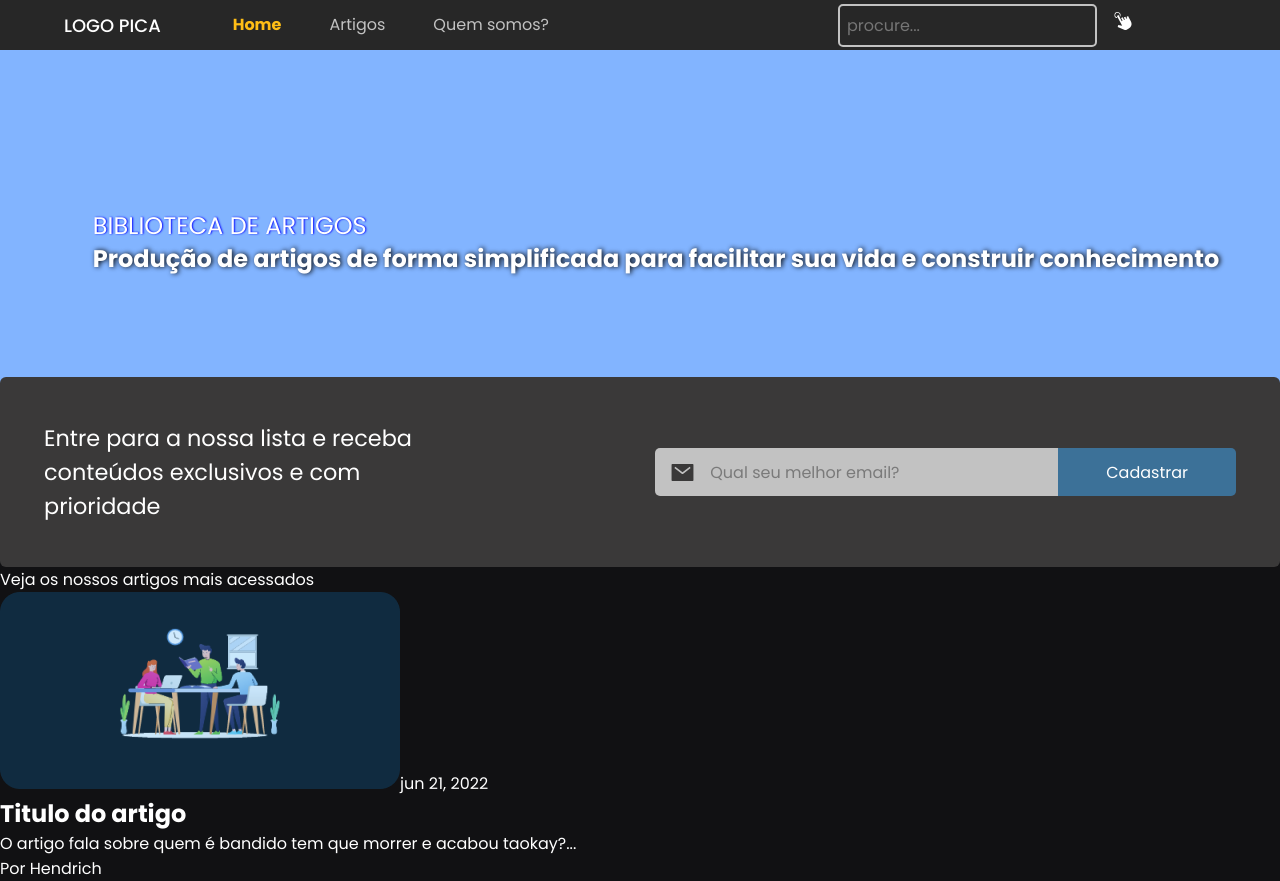
Repository: ArthurHendrich/Inepto
Page: /
The author's editor kept a copy of each file at every save. The page is drawn from the files as they stood at one save, then again after the next save.
The browser window is 1280 px wide. The pictures show the whole page.
The project was rebuilt for these pictures with package versions that can differ from the ones it lists, and the page was loaded fresh each time. The framework's server and built-in components were replaced by stand-ins that run in the browser. Also part of the build but not shown: next.config.js.

Above is the page before, as saved 2022-07-06 21:11:12.

### src/pages/_app.tsx
import { AppProps } from "next/app";
import { Header } from "../components/header";

import '../styles/global.scss';

function MyApp({ Component, pageProps }: AppProps) {
  return (
    <>
    <Header />
    <Component {...pageProps} />
    </>
  );
}

export default MyApp;

### src/pages/_document.tsx
import Document, { Html, Head, Main, NextScript } from "next/document";

export default class MyDocument extends Document {
  render() {
    return (
      <Html>
        <Head>
          <link rel="preconnect" href="https://fonts.googleapis.com" />
          <link
            href="https://fonts.googleapis.com/css2?family=Poppins:wght@400;500;700;900&display=swap"
            rel="stylesheet"
          />
          <link rel="shortcut icon" href="favicon.png" type="image/png" />
        </Head>
        <body>
          <Main />
          <NextScript />
        </body>
      </Html>
    );
  }
}

### src/pages/index.tsx
import Head from "next/head";

import styles from "../styles/home.module.scss";

import { IoMailSharp } from 'react-icons/io5';

export default function Home() {
  return (
    <>
      <Head>
        <title>Direito Inepto</title>
      </Head>

      <main>
        <section className={styles.headerContainer}>
          <div className={styles.headerText}>
            <h1>BIBLIOTECA DE ARTIGOS</h1>
            <h2>
              Produção de artigos de forma simplificada para facilitar sua vida
              e construir conhecimento
            </h2>
          </div>
        </section>

        <section className={styles.inputContainer}>
          <h2>
            Entre para a nossa lista e receba conteúdos exclusivos e com
            prioridade
          </h2>
          <div className={styles.inputContent}>
            <div className={styles.ContentFake}>
              <IoMailSharp className={styles.mail}/>
              <input type="text" placeholder="Qual seu melhor email?" />
            </div>
              <button>Cadastrar</button>
          </div>
        </section>

        <section className={styles.acessContainer}>
          <div className={styles.acessTitle}>
            Veja os nossos artigos mais acessados
          </div>
          <div className={styles.acessContent}>
            <div className={styles.contentItem}>
              <img src="images/imagemteste.png" alt="teste" />
              <time>jun 21, 2022</time>
              <h2>Titulo do artigo</h2>
              <p>O artigo fala sobre quem é bandido tem que morrer e acabou taokay?...</p>
              <span>Por Hendrich</span>
            </div>
          </div>
        </section>
      </main>
    </>
  );
}

### src/components/header/index.tsx
import styles from "./styles.module.scss";
import { GiClick } from "react-icons/gi";
import { ActiveLink } from "../ActiveLink";
import { useState } from "react";



export function Header() {
  const [inputText, setInputText] = useState('');



  return (
    <header className={styles.headerContainer}>
      <div className={styles.headerContent}>
        <div className={styles.headerItens}>
          <div className={styles.headerLogo}>
            <ActiveLink href="/" activeClassName={styles.active}>
              <a>LOGO PICA</a>
            </ActiveLink>
          </div>

          <nav>
            <ActiveLink href="/" activeClassName={styles.active}>
              <a>Home</a>
            </ActiveLink>

            <ActiveLink href="/posts" activeClassName={styles.active}>
              <a>Artigos</a>
            </ActiveLink>

            <ActiveLink href="/sobre" activeClassName={styles.active}>
              <a>Quem somos?</a>
            </ActiveLink>
          </nav>
        </div>

        <div className={styles.headerSearch}>
          <input
            type="text"
            value={inputText}
            placeholder="procure..."
            onChange={(e) => setInputText(e.target.value)}
          />
          <GiClick className={styles.headerSearchIcon}/>
        </div>
      </div>
    </header>
  );
}

### src/styles/global.scss
* {
  margin: 0;
  padding: 0;
  box-sizing: border-box;
}

:root {
  --white: #FFF;

  --gray-100: #C2C2C2;
  --gray-200: #CCCCCC;
  --gray-300: #7a7a7a;
  --gray-400: #3A3939;
  --gray-500: #272727;
  --gray-900: #111113;

  --blue-200: #3C7198;
  --blue-500: #82B4FF;
  --blue-900: #95D2FF;

  --purple-header: #2F1C6A;
  --purple-content: #492E9E;

  --yellow-500: #FFBE16;
}

@media (max-width: 1080px) {
  html {
    font-size: 93.75%;
  }
}

@media (max-width: 720px) {
  html {
    font-size: 87.5%;
  }
}

body{
  background: var(--gray-900);
  color: var(--white);
}

body, input, textarea, select, button {
  font: 400 1rem 'Poppins', sans-serif;
}

button {
  cursor: pointer;
}

a {
  color: inherit;
  text-decoration: none;
}

### src/styles/home.module.scss
.headerContainer {
  min-height: calc(60vh - 3.125rem);
  margin: 0 auto;
  display: flex;
  justify-content: center;
  align-items: center;
  padding: 0 2rem;
  background: var(--blue-500);

  .headerText {
    padding-left: 2rem;

    font-size: rem;

    h1 {
      font-weight: 50;
      cursor: pointer;
      text-shadow: 1px 0px 2px blue;
    }

    h2{
      font-weight: 700;
      line-height: 2rem;
      text-shadow: 1.5px 0px 5px black;
      cursor: pointer;
    }
  }

  img {
    width: 75%
  }
}

.inputContainer {
  max-width: 1475px;
  margin: 0 auto;
  margin-top: -55px;
  padding: 2.75rem;
  display: flex;
  align-items: center;
  border-radius: 6px;
  background: var(--gray-400);

  h2 {
    font-size: 1.4rem;
    font-weight: 100;
  }

  .inputContent {
    padding-left: 15rem;
    display: flex;
    align-items: center;

    .ContentFake {
      display: flex;
      align-items: center;
      background: var(--gray-100);
      border-top-left-radius: 5px;
      border-bottom-left-radius: 5px;
      height: 3rem;

      input {
        margin-right: 2rem;
        border: none;
        background-color: transparent;
        color: var(--white);
        outline: none;
      }

      .mail{
        height: 25px;
        width: 25px;
        margin-right: 15px;
        margin-left: 15px;
        color: var(--gray-400);
      }
    }

    button {
      text-align: center;
      height: 3rem;
      background-color: var(--blue-200);
      border: 0;
      padding-left: 3rem;
      padding-right: 3rem;
      border-top-right-radius: 5px;
      border-bottom-right-radius: 5px;
      color: var(--white);

      transition: filter ease 0.2s;

      &:hover {
        filter: brightness(1.2);
      }
    }
  }


  *::placeholder {
    color: var(--gray-300);
  }
}


.acessContainer {
  margin-bottom: 2rem;
  max-width: 1700px;
  margin: 0 auto
}

### src/components/header/styles.module.scss
.headerContainer {
  height: 3.125rem;
  background: var(--gray-500);
  color: var(--white);

}


.headerContent {
  height: 3.125rem;
  margin: 0 auto;
  display: flex;
  padding: 0 4rem;
  align-items: center;
  justify-content: space-between;

  .headerItens {
    display: flex;
    align-items: center;
    justify-content: space-between;

    .headerLogo {
      margin-right: 4rem;
      font-size: 1.125rem;
      font-weight: 500;
    }

    nav {
      height: 6rem;

      a {
        display: inline-block;
        position: relative;
        padding: 0 0.5rem;
        height: 6rem;
        line-height: 6rem;
        color: var(--gray-100);
        transition: color 0.2s;

        & + a {
          margin-left: 2rem;
        }

        &:hover {
          color: var(--white);
        }

        &.active{
          color: var(--yellow-500);
          font-weight: bold;
        }
      }
    }
  }

  .headerSearch {
    padding: 0 0.5rem;

    input {
      margin-right: 1rem;
      border: 2px solid var(--gray-100);
      border-radius: 5px;
      background: transparent;
      width: 70%;
      padding: 0.4375rem 0.4375rem;
      color: var(--gray-300);
    }

    .headerSearchIcon {
      height: 20px;
      width: 20px;
      cursor: pointer;

      transition: all 0.2s;

      &:hover {
        color: var(--yellow-500);
        filter: brightness(0.9);
      }
    }
  }
}

### src/components/ActiveLink/index.tsx
import Link, { LinkProps } from "next/link";
import { useRouter } from "next/router";
import { cloneElement, ReactElement } from "react";

interface ActiveLinkProps extends LinkProps {
  children: ReactElement;
  activeClassName: string;
}

export function ActiveLink ({ children, activeClassName, ...rest }: ActiveLinkProps) {
  const { asPath } = useRouter();

  const className = asPath === rest.href ? activeClassName : '';


  return (
    <Link {...rest}>
      {cloneElement(children, { className })}
    </Link>
  )
}

After the next save:
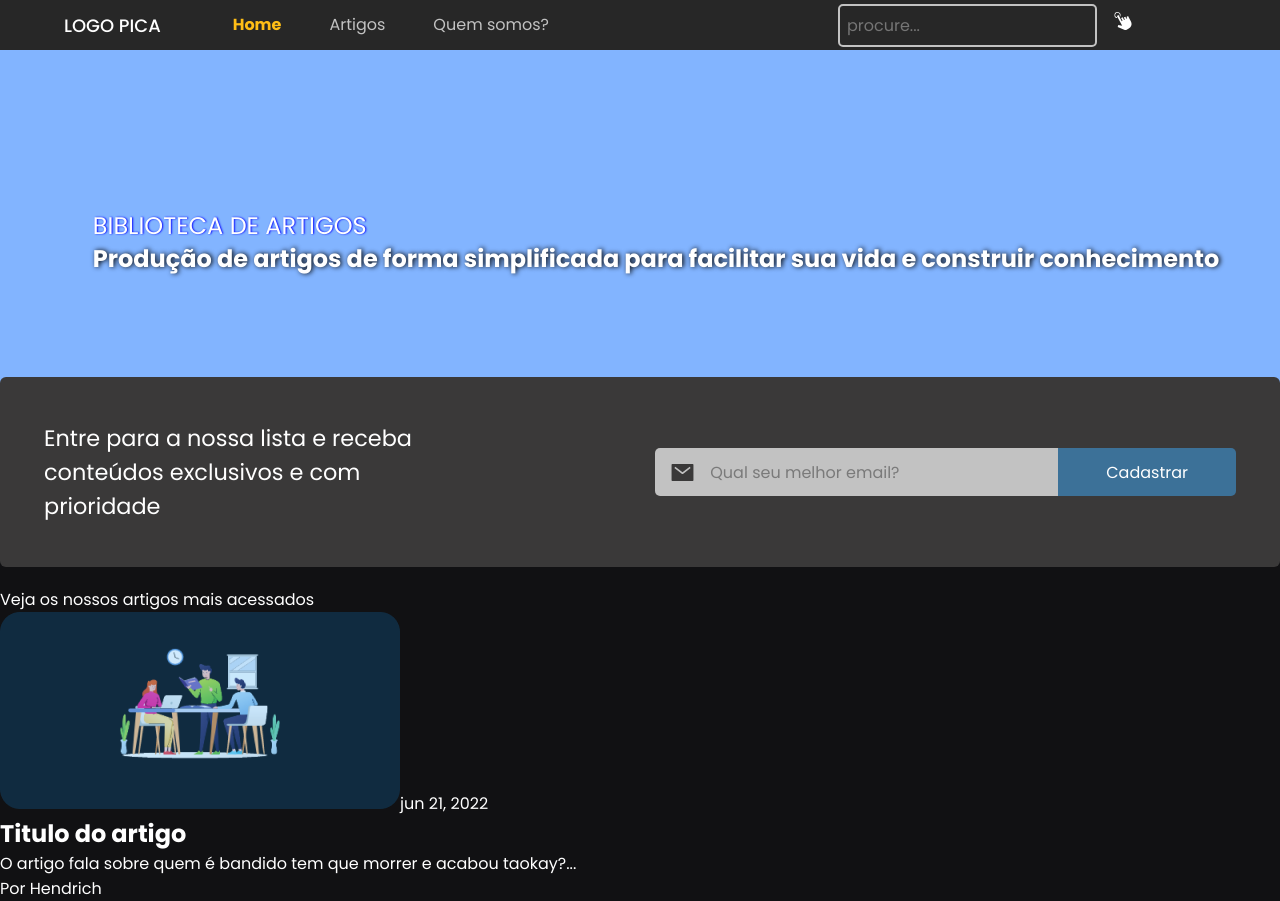
Saved 17 s later.
--- a/src/styles/home.module.scss
+++ b/src/styles/home.module.scss
@@ -35,6 +35,7 @@
   max-width: 1475px;
   margin: 0 auto;
   margin-top: -55px;
+  margin-bottom: 20px;
   padding: 2.75rem;
   display: flex;
   align-items: center;
@@ -103,7 +104,6 @@
 
 
 .acessContainer {
-  margin-bottom: 2rem;
   max-width: 1700px;
   margin: 0 auto
 }
